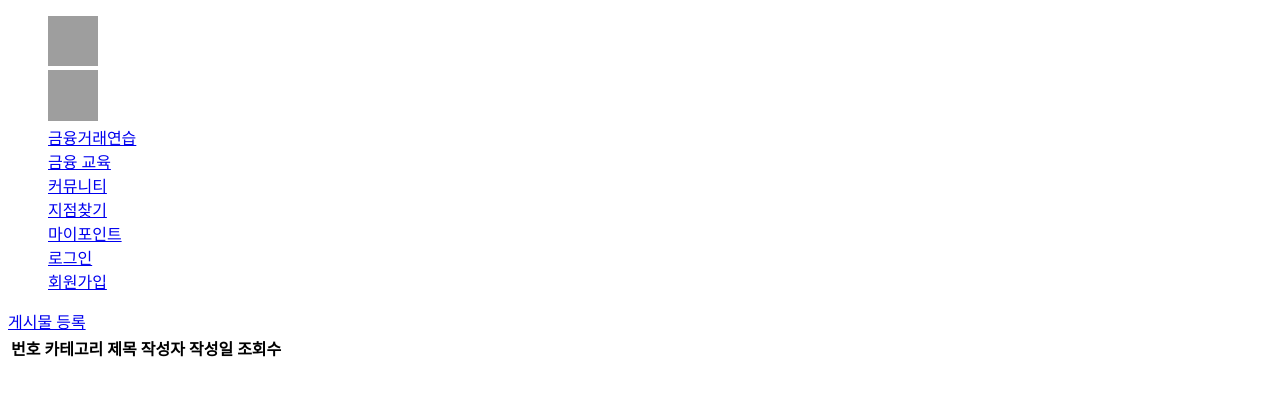
Repository: syc98syc/KB04_TeamProject
Page: http://localhost/jgig/WEB-INF/jsp/board/list.jsp
An editor plug-in stored every save of this project. The page is shown before and after the next save, followed by the edit.
The browser window is 1280 px wide. The pictures show the whole page.
Pictures or frames that could not be fetched are drawn as grey boxes. The page is served by Tomcat 9. Nobody is signed in. The template is opened directly, without the code that normally fills it, so the values that code supplies are empty.

Above is the page before, as saved 2023-09-06 00:52:50.

After the next save:
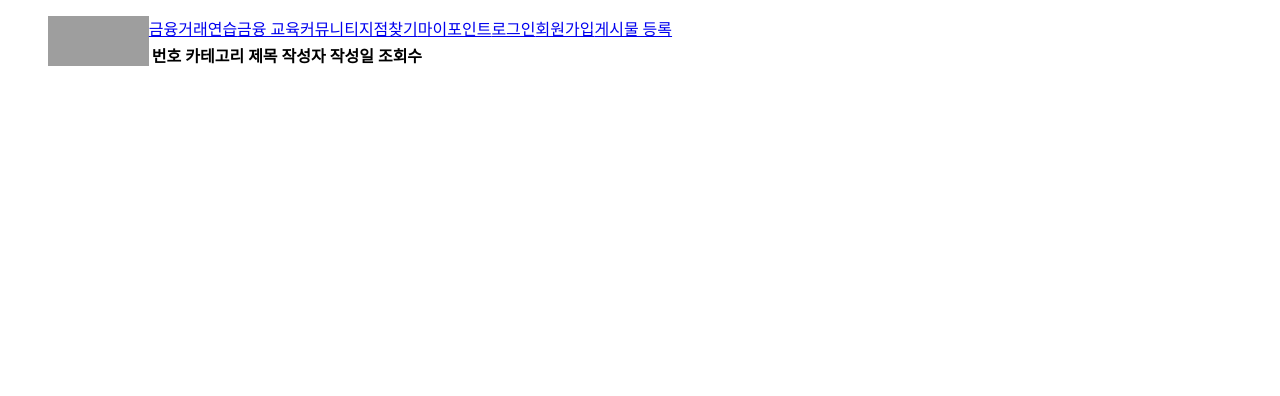
Saved 17 s later.
--- a/jgig/src/main/webapp/WEB-INF/jsp/board/list.jsp
+++ b/jgig/src/main/webapp/WEB-INF/jsp/board/list.jsp
@@ -13,6 +13,9 @@
 	}
 	ul{
 		list-style: none;
+	}
+	li{
+		float: left;
 	}
 </style>
 </head>
